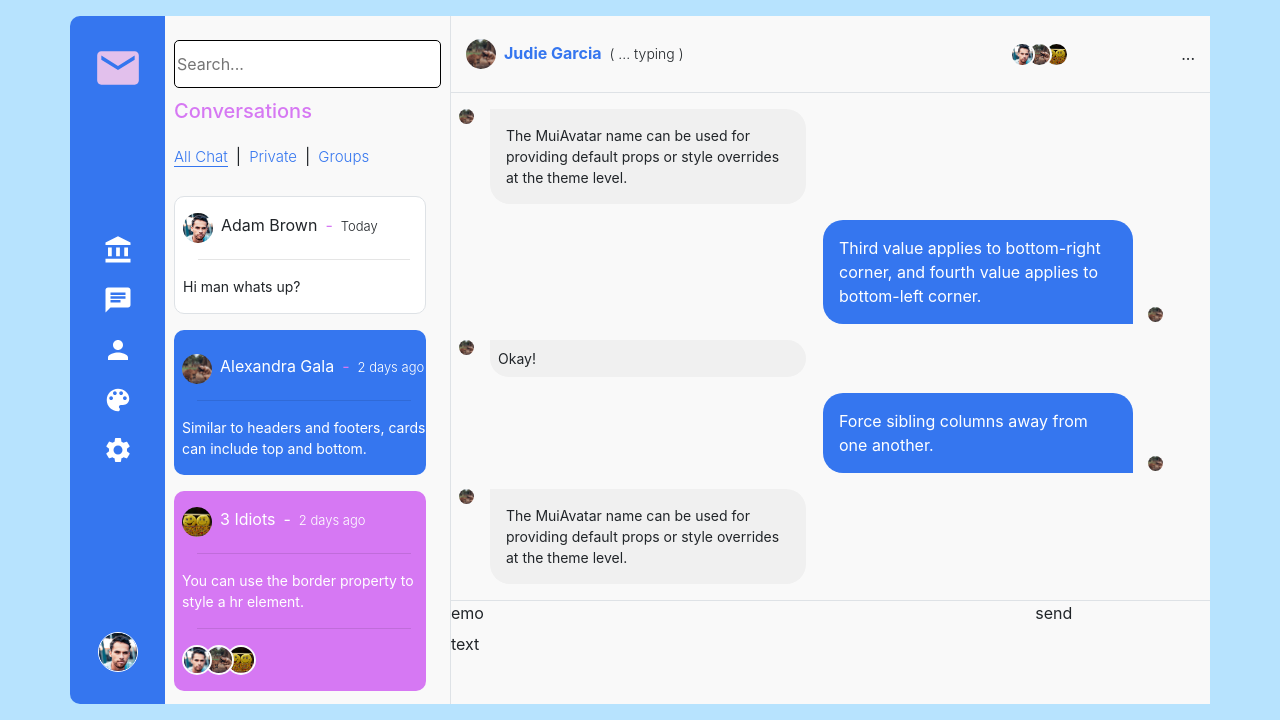
Repository: arafat877/super-chat
Page: /
These files come from the project's save history. The page is drawn as it stood at one moment and after the next save; the edit follows.
The browser window is 1280 px wide. The pictures show the whole page.
The project was rebuilt for these pictures with package versions that can differ from the ones it lists, and the page was loaded fresh each time.

Above is the page before, as saved 2020-08-07 02:33:06.

### public/index.html
<!DOCTYPE html>
<html lang="en">
  <head>
    <meta charset="utf-8" />
    <meta name="viewport" content="width=device-width, initial-scale=1" />
    <meta name="theme-color" content="#000000" />
    <meta
      name="description"
      content="Chat application with node.js, express, react.js, mongoDb and socket.io"
    />
    <link rel="stylesheet" href="styles.css" />
    <link
      rel="stylesheet"
      href="https://maxcdn.bootstrapcdn.com/bootstrap/4.5.0/css/bootstrap.min.css"
      integrity="sha384-9aIt2nRpC12Uk9gS9baDl411NQApFmC26EwAOH8WgZl5MYYxFfc+NcPb1dKGj7Sk"
      crossorigin="anonymous"
    />
    <link
      href="https://fonts.googleapis.com/css2?family=Roboto:wght@100;300;400;500;700;900&display=swap"
      rel="stylesheet"
    />

    <title>Super Chat</title>
  </head>
  <body>
    <noscript>You need to enable JavaScript to run this app.</noscript>
    <div id="root"></div>
  </body>
</html>

### src/App.js
import React from "react";
import "./App.scss";
import {
  Email,
  Chat,
  Person,
  Settings,
  Palette,
  AccountBalance,
} from "@material-ui/icons";

import { Avatar } from "@material-ui/core";
import { AvatarGroup } from "@material-ui/lab";

function App() {
  return (
    <div className="appContainer vh-100 d-flex">
      <div className="container mt-3 mb-3 appWrapper">
        <div className="row h-100">
          <div className="col-1 d-none d-sm-none d-md-block container h-100 firstCol">
            <div className="row logoRow justify-content-center">
              <Email className="m-auto logo" />
            </div>
            <div className="row menuRow">
              <ul className="menuList m-auto p-0">
                <li className="menuItem">
                  <AccountBalance className="menuItemIcon" />
                </li>
                <li className="menuItem">
                  <Chat className="menuItemIcon" />
                </li>
                <li className="menuItem">
                  <Person className="menuItemIcon" />
                </li>
                <li className="menuItem">
                  <Palette className="menuItemIcon" />
                </li>
                <li className="menuItem">
                  <Settings className="menuItemIcon" />
                </li>
              </ul>
            </div>
            <div className="row photoRow justify-content-center">
              <img
                className="m-auto profilePhoto"
                src={require("./assets/m1.jpeg")}
                alt="profile"
              />
            </div>
          </div>
          <div className="col-3 container h-100 secondCol p-4">
            <div className="row searchRow">
              <input className="searchInput" placeholder="Search..." />
            </div>
            <div className="row convRow mt-2">
              <span className="convSpan">Conversations</span>
            </div>
            <div className="row selectRow mb-1">
              <ul className="selectionList pl-0">
                <li
                  className="selectionListItem d-inline mr-2"
                  style={{ borderBottom: "solid 0.05px #3576ef" }}
                >
                  All Chat
                </li>
                |
                <li className="selectionListItem d-inline mr-2 ml-2">
                  Private
                </li>
                |
                <li className="selectionListItem d-inline mr-2 ml-2">Groups</li>
              </ul>
            </div>
            <div className="row groupsRow">
              <div className="container">
                <div className="row convCard pt-3 pb-3 pl-2 mt-3">
                  <div className="container">
                    <div className="row">
                      <img
                        className="userProfilePicture"
                        src={require("./assets/m1.jpeg")}
                        alt="User Profile"
                      />
                      <span className="userName ml-2">Adam Brown</span>
                      <span className="dash ml-2">-</span>
                      <span className="chatDate ml-2 mt-1">Today</span>
                    </div>
                    <hr></hr>
                    <div className="row">
                      <span className="text">Hi man whats up?</span>
                    </div>
                  </div>
                </div>

                <div className="row convCardHot pt-4 pb-3 pl-2 mt-3">
                  <div className="container">
                    <div className="row">
                      <img
                        className="userProfilePicture"
                        src={require("./assets/f1.jpeg")}
                        alt="User Profile"
                      />
                      <span className="userName ml-2">Alexandra Gala</span>
                      <span className="dash ml-2">-</span>
                      <span className="chatDate ml-2 mt-1">2 days ago</span>
                    </div>
                    <hr></hr>
                    <div className="row">
                      <span className="text">
                        Similar to headers and footers, cards can include top
                        and bottom.
                      </span>
                    </div>
                  </div>
                </div>

                <div className="row convCardGroup pt-3 pb-3 pl-2 mt-3">
                  <div className="container">
                    <div className="row">
                      <img
                        className="userProfilePicture"
                        src={require("./assets/g1.jpeg")}
                        alt="User Profile"
                      />
                      <span className="userName ml-2">3 Idiots</span>
                      <span className="dash ml-2">-</span>
                      <span className="chatDate ml-2 mt-1">2 days ago</span>
                    </div>
                    <hr></hr>
                    <div className="row">
                      <span className="text">
                        You can use the border property to style a hr element.
                      </span>
                    </div>
                    <hr></hr>
                    <div className="row">
                      <AvatarGroup max={3} className="mr-4">
                        <Avatar
                          alt="Remy Sharp"
                          className="avatar"
                          src={require("./assets/m1.jpeg")}
                        />
                        <Avatar
                          alt="Travis Howard"
                          className="avatar"
                          src={require("./assets/f1.jpeg")}
                        />
                        <Avatar
                          alt="Cindy Baker"
                          className="avatar"
                          src={require("./assets/g1.jpeg")}
                        />
                      </AvatarGroup>
                    </div>
                  </div>
                </div>
              </div>
            </div>
          </div>
          <div className="col-8 container h-100 thirdCol">
            <div className="row chatInfo">
              <div className="col-6 m-auto">
                <img
                  className="infoUserPicture"
                  src={require("./assets/f1.jpeg")}
                  alt="User Profile"
                />
                <span className="infoUserName ml-2">Judie Garcia</span>
                <span className="infoTyping ml-2">( ... typing )</span>
              </div>
              <div className="col-4 mt-auto mb-auto justify-content-right infoGroup">
                <AvatarGroup max={3} className="float-right">
                  <Avatar
                    alt="Remy Sharp"
                    className="avatar"
                    src={require("./assets/m1.jpeg")}
                  />
                  <Avatar
                    alt="Travis Howard"
                    className="avatar"
                    src={require("./assets/f1.jpeg")}
                  />
                  <Avatar
                    alt="Cindy Baker"
                    className="avatar"
                    src={require("./assets/g1.jpeg")}
                  />
                </AvatarGroup>
              </div>
              <div className="col-2 m-auto">
                <span className="float-right">...</span>
              </div>
            </div>
            <div className="row chatMessages">
              <div className="container">
                {/* MessageRow */}
                <div className="row messageRow mt-3">
                  <img
                    className="messageUserProfilePicture mb-auto ml-2 mr-3"
                    src={require("./assets/f1.jpeg")}
                    alt="User Profile"
                  />
                  <div className="col-5 text p-3">
                    The MuiAvatar name can be used for providing default props
                    or style overrides at the theme level.
                  </div>
                </div>

                {/* MessageRow Owner*/}
                <div className="row messageRowOwner mr-0 mt-3">
                  <div className="col-5 offset-6 text p-3">
                    Third value applies to bottom-right corner, and fourth value
                    applies to bottom-left corner.
                  </div>
                  <div className="col-1 mt-auto float-right">
                    <img
                      className="messageUserProfilePicture "
                      src={require("./assets/f1.jpeg")}
                      alt="User Profile"
                    />
                  </div>
                </div>
                {/* MessageRow */}
                <div className="row messageRow mt-3">
                  <img
                    className="messageUserProfilePicture mb-auto ml-2 mr-3"
                    src={require("./assets/f1.jpeg")}
                    alt="User Profile"
                  />
                  <div className="col-5 text p-2">Okay!</div>
                </div>
                {/* MessageRow */}
                <div className="row messageRowOwner mr-0 mt-3">
                  <div className="col-5 offset-6 text p-3">
                    Force sibling columns away from one another.
                  </div>
                  <div className="col-1 mt-auto float-right">
                    <img
                      className="messageUserProfilePicture "
                      src={require("./assets/f1.jpeg")}
                      alt="User Profile"
                    />
                  </div>
                </div>
                {/* MessageRow */}
                <div className="row messageRow mt-3">
                  <img
                    className="messageUserProfilePicture mb-auto ml-2 mr-3"
                    src={require("./assets/f1.jpeg")}
                    alt="User Profile"
                  />
                  <div className="col-5 text p-3">
                    The MuiAvatar name can be used for providing default props
                    or style overrides at the theme level.
                  </div>
                </div>
                {/* MessageRow */}
              </div>
            </div>
            <div className="row chatInput">
              <div className="col-md-9 container">
                <div className="row inputEmoji">emo</div>
                <div className="row inputText">text</div>
              </div>
              <div className="col-md-3">send</div>
            </div>
          </div>
        </div>
      </div>
    </div>
  );
}

export default App;

### src/App.scss
.appContainer {
  background-color: #b7e3fe;

  ::-webkit-scrollbar {
    width: 5px;
    height: 5px;
  }

  ::-webkit-scrollbar-track {
    background: white; /* color of the tracking area */
  }

  ::-webkit-scrollbar-thumb {
    background-color: #b5caf0; /* color of the scroll thumb */
    border-radius: 5px; /* roundness of the scroll thumb */
  }

  .appWrapper {
    background-color: #3576ef;
    border-radius: 10px;

    .firstCol {
      .logoRow {
        height: 15%;

        .logo {
          font-size: 50px;
          color: rgb(226, 192, 236);
        }
      }
      .menuRow {
        height: 70%;

        .menuList {
          list-style: none;

          .menuItem {
            margin-bottom: 20px;

            .menuItemIcon {
              font-size: 30px;
              color: white;
            }
          }
        }
      }
      .photoRow {
        height: 15%;

        .profilePhoto {
          height: 40px;
          width: 40px;
          border: solid thin white;
          border-radius: 50%;
          object-fit: cover;
        }
      }
    }

    .secondCol {
      background-color: #f9f9f9;

      .searchRow {
        height: 7.5%;

        .searchInput {
          width: 100%;
          border: solid 0.5px;
          background-color: white;
          border-radius: 5px;

          &:focus {
            outline: none;
          }
        }
      }

      .convRow {
        height: 7.5%;

        .convSpan {
          font-weight: 500;
          font-size: 20px;
          color: rgb(214, 120, 243);
        }
      }
      .selectRow {
        height: 5%;

        .selectionList {
          list-style: none;

          .selectionListItem {
            font-weight: 300;
            font-size: 15px;
            color: #3576ef;
          }
        }
      }

      .groupsRow {
        height: 80%;
        overflow-y: scroll;

        .convCard {
          background-color: white;
          border: solid 0.5px #dee2e6;
          border-radius: 10px;
          margin-right: 0;

          .userProfilePicture {
            height: 30px;
            width: 30px;
            border-radius: 50%;
            object-fit: cover;
          }

          .userName {
            // color: white;
          }

          .dash {
            color: rgb(214, 120, 243);
          }

          .chatDate {
            // color: white;
            font-size: 13px;
            font-weight: 300;
          }

          .text {
            // color: white;
            font-size: 14px;
          }
        }

        .convCardHot {
          background-color: #3576ef;
          border-radius: 10px;
          margin-right: 0;

          .userProfilePicture {
            height: 30px;
            width: 30px;
            border-radius: 50%;
            object-fit: cover;
          }

          .userName {
            color: white;
          }

          .dash {
            color: rgb(214, 120, 243);
          }

          .chatDate {
            color: white;
            font-size: 13px;
            font-weight: 300;
          }

          .hr {
            border-color: rgb(214, 120, 243);
            margin-bottom: 5px;
          }

          .text {
            color: white;
            font-size: 14px;
          }
        }

        .convCardGroup {
          background-color: rgb(214, 120, 243);
          border-radius: 10px;
          margin-right: 0;

          .userProfilePicture {
            height: 30px;
            width: 30px;
            border-radius: 50%;
            object-fit: cover;
          }

          .userName {
            color: white;
          }

          .dash {
            color: white;
          }

          .chatDate {
            color: white;
            font-size: 13px;
            font-weight: 300;
          }

          .hr {
            border-color: rgb(214, 120, 243);
            margin-bottom: 5px;
          }

          .text {
            color: white;
            font-size: 14px;
          }

          .avatar {
            height: 30px;
            width: 30px;
          }
        }
      }
    }

    .thirdCol {
      background-color: #f9f9f9;
      border-left: solid thin #dee2e6;

      .chatInfo {
        height: 11.25%;
        border-bottom: solid thin #dee2e6;

        .infoUserPicture {
          height: 30px;
          width: 30px;
          border-radius: 50%;
          object-fit: cover;
        }

        .infoUserName {
          color: #3576ef;
          font-weight: 700;
        }

        .infoTyping {
          font-size: 14px;
          font-weight: 300;
        }

        .infoGroup {
          .avatar {
            height: 25px;
            width: 25px;
          }
        }
      }
      .chatMessages {
        height: 73.75%;
        border-bottom: solid thin #dee2e6;
        overflow-y: auto;

        .messageRow {
          .messageUserProfilePicture {
            height: 15px;
            width: 15px;
            border-radius: 50%;
            object-fit: cover;
          }

          .text {
            background-color: #f0f0f0;
            font-size: 14px;
            border-radius: 0px 20px 20px 20px;
          }
        }

        .messageRowOwner {
          .messageUserProfilePicture {
            height: 15px;
            width: 15px;
            border-radius: 50%;
            object-fit: cover;
          }

          .text {
            background-color: #3576ef;
            color: white;
            border-radius: 20px 20px 0px 20px;
          }
        }
      }
      .chatInput {
        height: 15%;

        .inputEmoji {
          height: 30%;
        }
        .inputText {
          height: 70%;
        }
      }
    }
  }
}

Loaded but not shown: src/index.js (common file); public/styles.css (common file)

After the next save:
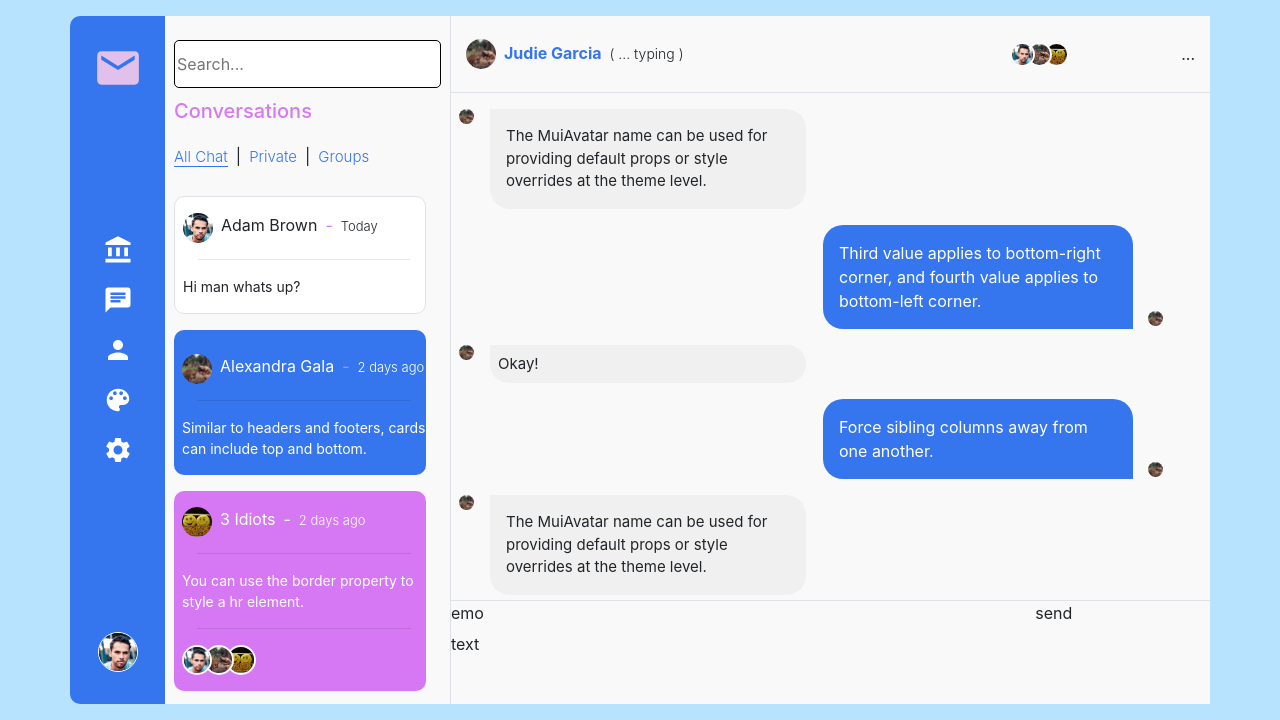
Saved 10 s later.
--- a/src/App.scss
+++ b/src/App.scss
@@ -263,7 +263,7 @@
 
           .text {
             background-color: #f0f0f0;
-            font-size: 14px;
+            font-size: 15px;
             border-radius: 0px 20px 20px 20px;
           }
         }
